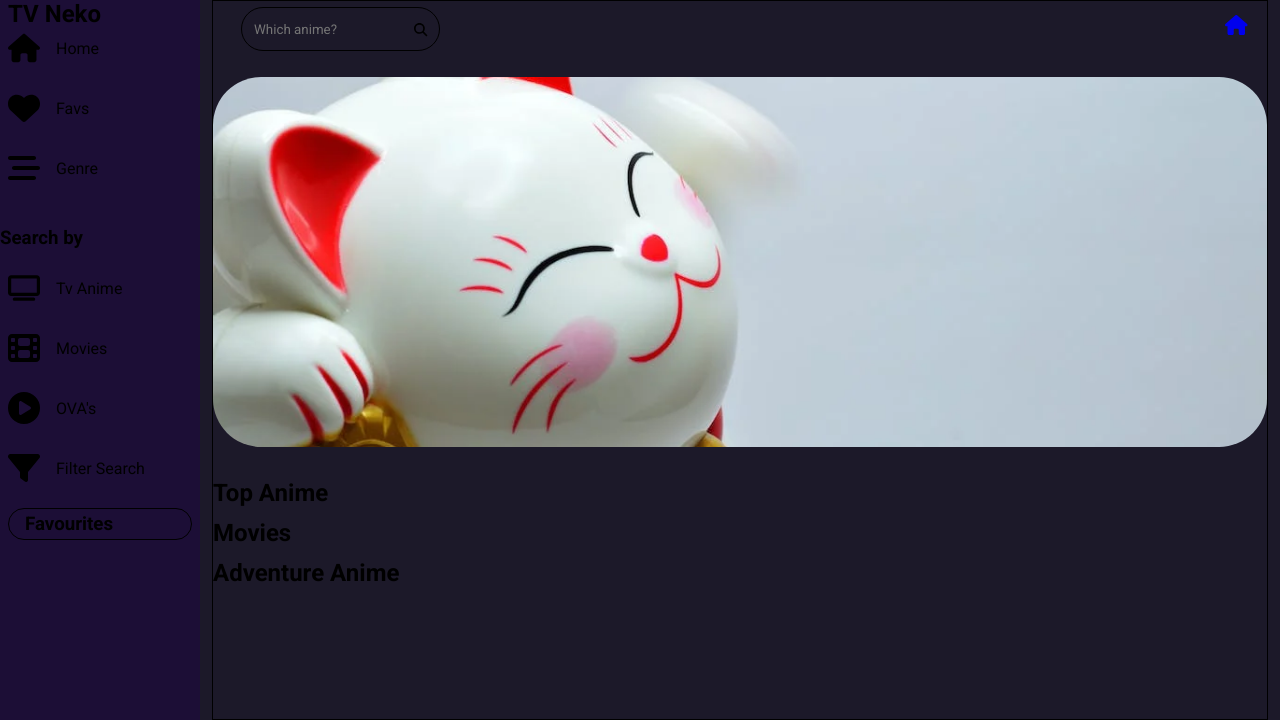
Repository: OwenMargiela/AnimeDatabse
Page: /
The author's editor kept a copy of each file at every save. The page is drawn from the files as they stood at one save, then again after a run of saves.
The browser window is 1280 px wide. The pictures show the whole page.
The page's requests for data from a server got no answer. The project was rebuilt for these pictures with package versions that can differ from the ones it lists, and the page was loaded fresh each time. No one was signed in, and anything a server would have sent is missing. Also part of the build but not shown: src/Components/AnimeContainer.jsx, src/Pages/AnimePage/AnimePage.jsx, src/Components/Score.css, src/Components/Score.jsx, src/Components/AnimeDescription.jsx, src/Pages/AnimePage/AnimeInfo.jsx, src/Pages/AnimePage/AnimeGenre.jsx, src/Pages/FavouritesPage/Favourites.css and 7 more.

Above is the page before, as saved 2023-01-26 16:00:16.

### public/index.html
<!DOCTYPE html>
<html lang="en">
  <head>
    <meta charset="utf-8" />
    <link rel="icon" href="%PUBLIC_URL%/favicon.ico" />
    <meta name="viewport" content="width=device-width, initial-scale=1" />
    <meta name="theme-color" content="#000000" />
    <meta
      name="description"
      content="Web site created using create-react-app"
    />
    <link rel="apple-touch-icon" href="%PUBLIC_URL%/logo192.png" />
    <!--
      manifest.json provides metadata used when your web app is installed on a
      user's mobile device or desktop. See https://developers.google.com/web/fundamentals/web-app-manifest/
    -->
    <link rel="manifest" href="%PUBLIC_URL%/manifest.json" />
    <!--
      Notice the use of %PUBLIC_URL% in the tags above.
      It will be replaced with the URL of the `public` folder during the build.
      Only files inside the `public` folder can be referenced from the HTML.

      Unlike "/favicon.ico" or "favicon.ico", "%PUBLIC_URL%/favicon.ico" will
      work correctly both with client-side routing and a non-root public URL.
      Learn how to configure a non-root public URL by running `npm run build`.
    -->
    <title>TV Neko</title>
  </head>
  <body>
    <noscript>You need to enable JavaScript to run this app.</noscript>
    <div id="root"></div>
    <!--
      This HTML file is a template.
      If you open it directly in the browser, you will see an empty page.

      You can add webfonts, meta tags, or analytics to this file.
      The build step will place the bundled scripts into the <body> tag.

      To begin the development, run `npm start` or `yarn start`.
      To create a production bundle, use `npm run build` or `yarn build`.
    -->
  </body>
</html>

### src/index.js
import React from 'react';
import ReactDOM from 'react-dom/client';
import './index.css';
import App from './App';
import reportWebVitals from './reportWebVitals';
import { library } from '@fortawesome/fontawesome-svg-core';
import { faSearch,faStarHalfAlt,faStar,faHouse,faTv,faFilm,faBarsStaggered, faCirclePlay,faHeart,faCalendarDays,faX,faFilter,faArrowRight,faBars} from '@fortawesome/free-solid-svg-icons';

library.add(faSearch,faStarHalfAlt,faStar,faHouse,faTv,faFilm,faBarsStaggered, faCirclePlay,faHeart,faCalendarDays,faX,faFilter,faArrowRight,faBars)
const root = ReactDOM.createRoot(document.getElementById('root'));
root.render(
    <App />
);

// If you want to start measuring performance in your app, pass a function
// to log results (for example: reportWebVitals(console.log))
// or send to an analytics endpoint. Learn more: https://bit.ly/CRA-vitals
reportWebVitals();

### src/index.css
@import url('https://fonts.googleapis.com/css2?family=Roboto:ital,wght@0,100;0,400;0,500;0,700;0,900;1,100;1,700&display=swap');
*{
  margin: 0;
  padding: 0;
  box-sizing: border-box;
  font-family: 'Roboto',sans-serif;
}

### src/App.js
import { BrowserRouter as Router, Routes, Route, Link } from "react-router-dom";
import "./App.css";

import Home from "./Pages/HomePage/Home";
import AnimePage from "./Pages/AnimePage/AnimePage.jsx";
import AnimeInfo from "./Pages/AnimePage/AnimeInfo";
import { useEffect, useState } from "react";
import axios from "axios";
import { FontAwesomeIcon } from "@fortawesome/react-fontawesome";
import AnimeGenre from "./Pages/AnimePage/AnimeGenre";
import Favourites from "./Pages/FavouritesPage/Favourites";
import Sidebar from "./Components/Sidebar";
import Movies from "./Pages/AnimePage/Movies";

import OVA from "./Pages/AnimePage/OVA";
import TvAnime from "./Pages/AnimePage/TvAnime";
import FilterSearch from "./Pages/AnimePage/FilterSearch";

function App() {
  const [animes, setAnimes] = useState();
  const [valueSearch, setValueSearch] = useState();
  const [favourites, setFavourites] = useState([]);
  const [genres, setGenre] = useState([]);

  function sendToFavourites(info) {
    setFavourites([...favourites, info]);
  }

  function removeFromFavourites(anime) {
    setFavourites(
      favourites.filter((favourite) => favourite.mal_id !== anime.mal_id)
    );
    console.log(favourites);
  }

  async function fetchAnime(valueSearch) {
    if (valueSearch) {
      const { data } = await axios.get(
        `https://api.jikan.moe/v4/anime?q=${valueSearch}&sfw`
      );
      setAnimes(data.data);
    }
  }

  useEffect(()=>{
    async function getGenre(){
      const {data} = await axios.get(`https://api.jikan.moe/v4/genres/anime`)
      setGenre(data.data)
    }
    getGenre()
    setTimeout(()=>{
      console.log(genres)
    },300)
  },[])

  console.log(animes)

  function fetchBySearch() {
    fetchAnime(valueSearch);
  }
  return (
    <Router>
      <div className="App">
        <div className="sidebar">
          <Sidebar genres={genres} favourites={favourites}></Sidebar>
        </div>
        <div className="main">
          <nav className="nav">
            <div className="bars__icon" >
          <FontAwesomeIcon icon="fa-solid fa-bars" />

            </div>
            <form>
              <div className="search__container">
                <input
                  placeholder="Which anime?"
                  onKey
                  type="text"
                  value={valueSearch}
                  onChange={(event) => setValueSearch(event.target.value)}
                />
                <Link to="/anime">
                  <button type="submit" onClick={() => fetchBySearch()}>
                    <FontAwesomeIcon icon="fa-search"></FontAwesomeIcon>
                  </button>
                </Link>
              </div>
            </form>
            <div className="home__icon">
              <Link to="/">
                <FontAwesomeIcon icon="fa-house"></FontAwesomeIcon>
              </Link>
            </div>
          </nav>

          <Routes>
            <Route path="/" element={<Home></Home>}></Route>
            <Route
              path="/favourites"
              element={
                <Favourites
                  removeFromFavourites={removeFromFavourites}
                  favourites={favourites}
                ></Favourites>
              }
            ></Route>
            <Route
              path="/anime"
              element={<AnimePage animes={animes}></AnimePage>}
            ></Route>
            <Route
              path=":id/:id"
              element={
                <AnimeInfo
                  favourites={favourites}
                  sendToFavourites={sendToFavourites}
                  animes={animes}
                ></AnimeInfo>
              }
            ></Route>
            <Route path="/:id" element={<AnimeGenre></AnimeGenre>}></Route>
            <Route path="/TV" element={<TvAnime></TvAnime>}></Route>
            <Route path="/Movies" element={<Movies></Movies>}></Route>
            <Route path="/Ova's" element={<OVA></OVA>}></Route>
            <Route path="/filter" element={<FilterSearch genres={genres} ></FilterSearch>}></Route>
          </Routes>
        </div>
      </div>
    </Router>
  );
}

export default App;

### src/App.css
::-webkit-scrollbar {
  display: none;
}

.App {
  display: flex;
  justify-content: space-between;
  height: 100vh;
  min-height: 500px;
  width: 100%;
  background-color: rgb(28, 25, 41);
  /* overflow-y: hidden; */
}
a{
  text-decoration: none;
}

li{
  list-style-type: none;
  color: rgb(0, 0, 0);
}

nav {
  position: sticky;
  top: 0;
  display: flex;
  align-items: center;
  justify-content: space-between;
  margin-bottom: 1.75rem;
  padding: 0.75em 1.25em;
  width: 100%;
  height: 3em;
}


.main {
  margin: 0 0.75em ;
  border: 1px solid black;
  overflow-y: scroll;
  width: 100%;
}


.sidebar {
  max-width: 250px;
  min-width: 200px;
  border: 1px solid black;
  background-color: rgb(28, 14, 54);
}

.landinImageContainer {
  width: 100%;
  height: 370px;
  margin: 0 auto;
}

.landinImageContainer img {
  height: 100%;
  border-radius: 3rem;
  width: 100%;
  object-fit: cover;
}

.home__icon,
.bars__icon {
  font-size: 1.25rem;
}

.bars__icon {
  display: none;
}

.home__icon {
  margin-left: 0.8rem;
}

.search__container {
  display: flex;
  align-items: center;
  justify-content: center;
  width: 100%;
  margin-top: 0.5em;
  margin-left: 0.5em;
  height: 2.75em;
  padding: 0 0.75em;
  border-radius: 2rem;
  border: 1px solid black;
}

.search__container input {
  width: 100%;
  border: none;
  outline: none;
  background: none;
}

.search__container button {
  background-color: transparent;
  border: none;
  color: none;
  cursor: pointer;
}

.anime__wrapper--container{
  display: flex;
  flex-direction: column;
  margin-bottom: -100px;
  justify-content: space-between;
}
.anime__wrapper--container--genre{
  display: flex;
  flex-wrap: wrap;
  margin-bottom: -100px;
  justify-content: space-evenly;
}


.anime__container{
  display: flex;
  flex-direction: column;
  align-items: center;
  flex-grow: 1;
  justify-content: space-between;
  margin-right: 0.5em;

}

.anime__image{
  border: 1px solid black;
  border-radius: 1em;
  min-width: 14rem;
  margin-bottom: 1rem;

}

.pagination{
  margin-top: 6rem;
  margin-bottom: 6rem;
}


/* .anime__image{
  border: 1px solid black;
  height: 100%;
  width: 100%;
  object-fit: cover;
  flex-grow: 1;
  margin-right: 1.25em;
  margin-bottom: 1.25em;
} */
.mainBody{
  margin: 2em 0;
  /* border: 1px solid black; */
}

@media screen and (max-width: 700px) {
  .sidebar {
    display: none;
  }
  .bars__icon {
    display: block;
  }
}
@media screen and (min-width: 480px) {
  .anime__wrapper{
    display: flex;
    flex-wrap: wrap;
    justify-content: space-between;
    margin-bottom: 7rem;

  }
  .anime__image{
    max-height: 300px;
  }
}
@media screen and (max-width: 480px) {
  .anime__wrapper{
    display: flex;
    flex-direction: column;
    align-items: center;

  }
  .anime__image{
    height: 400px;
  }
  nav{
    justify-content: center;
  }
}

### src/Pages/HomePage/Home.jsx
import React, { useEffect, useState } from "react";
import neko from "./assets/neko.webp";
import axios from "axios";
import AnimeContainer from "../../Components/AnimeContainer";
import { Link } from "react-router-dom";
function Home() {
  const [top, setTop] = useState();
  const [movies, setMovies] = useState();
  const [adventure, setAdventure] = useState();

  useEffect(() => {
    async function getFrontPage() {
      const { data: top } = await axios.get(
        "https://api.jikan.moe/v4/top/anime"
      );
      setTop(top.data.slice(0, 12));

      const { data: movie } = await axios.get(
        "https://api.jikan.moe/v4/anime?type=movie"
      );
      setMovies(movie.data.slice(0, 6));

      const { data: adventure } = await axios.get(
        "https://api.jikan.moe/v4/anime?genres=2&order_by=score&sort=desc"
      );
      setAdventure(adventure.data.slice(0, 6));
    }
    getFrontPage();
  }, []);

  return (
    <div className="Home">
      <div className="landinImageContainer">
        <img src={neko} alt="" />
      </div>
      <div className="mainBody">
        <div className="anime__wrapper--container">
          <h2>Top Anime</h2>
          <div className="anime__wrapper">
            {top?.slice(0, 6).map((anime) => (
              <Link to={`anime/${anime.mal_id}`}>
                <AnimeContainer anime={anime}></AnimeContainer>
              </Link>
            ))}
          </div>
        </div>

        <div className="anime__wrapper--container">
          <h2>Movies</h2>
          <div className="anime__wrapper">
            {movies?.map((anime) => (
              <Link to={`anime/${anime.mal_id}`}>
                <AnimeContainer anime={anime}></AnimeContainer>
              </Link>
            ))}
          </div>
        </div>

        <div className="anime__wrapper--container">
          <h2>Adventure Anime</h2>
          <div className="anime__wrapper">
            {adventure?.map((anime) => (
              <Link to={`anime/${anime.mal_id}`}>
                <AnimeContainer anime={anime}></AnimeContainer>
              </Link>
            ))}
          </div>
        </div>
      </div>
    </div>
  );
}

export default Home;

### src/Components/Sidebar.jsx
import { FontAwesomeIcon } from "@fortawesome/react-fontawesome";
import React from "react";
import "./Sidebar.css";
import { Link } from "react-router-dom";
import { useState } from "react";

function Sidebar({ favourites, genres }) {
  const [genreToggle, setGenreToggle] = useState(false);
  function toggleGenre() {
    genreToggle === false ? setGenreToggle(true) : setGenreToggle(false);
  }

  return (
    <>
      <div className="sidebar">
        <div className="sidebar__head">
          <h2>TV Neko</h2>
        </div>
        <ul className="sidebar__list">
          <Link to="/">
            <li className="sidebar__list--item">
              <FontAwesomeIcon
                className="sidebar__list--item-icon"
                icon="fa-solid fa-house"
              ></FontAwesomeIcon>
              <p>Home</p>
            </li>
          </Link>

          <Link to="/favourites">
            <li className="sidebar__list--item">
              <FontAwesomeIcon
                className="sidebar__list--item-icon"
                icon="fa-solid fa-heart"
              ></FontAwesomeIcon>
              {favourites.length > 0 && <span>{favourites.length}</span>}
              <p>Favs</p>
            </li>
          </Link>
          <li
            onClick={() => toggleGenre()}
            className="sidebar__list--item sidebar__list--item-genre"
          >
            <div className="icon__para">
              <FontAwesomeIcon
                className="sidebar__list--item-icon"
                icon="fa-solid fa-bars-staggered"
              />
              <p>Genre</p>
            </div>
            <li className="genres">
              <div className={`${genreToggle} || Sidebar__genres`}>
                {genres
                  ?.filter(
                    (genres) =>
                      genres.mal_id !== 28 &&
                      genres.mal_id !== 26 &&
                      genres.mal_id !== 9
                  )
                  .slice(0, 8)
                  .map((genre) => (
                    <Link to={`/${genre.mal_id}`}>
                      <div className="sidebar__genre">
                        <p>{genre.name}</p>
                      </div>
                    </Link>
                  ))}
                  <Link to="/filter" >
                <p className="view__all-btn">
                  view all{" "}
                  <FontAwesomeIcon icon="fa-solid fa-arrow-right"></FontAwesomeIcon>
                </p>
                  </Link>
              </div>
            </li>
          </li>

          <br />
          <h3>
            Search by
          </h3>
          <br />
          <Link to="/TV">
            <li className="sidebar__list--item">
              <FontAwesomeIcon
                className="sidebar__list--item-icon"
                icon="fa-solid fa-tv"
              />
              <p>Tv Anime</p>
            </li>
          </Link>
          <Link to="/Movies">
            <li className="sidebar__list--item">
              <FontAwesomeIcon
                className="sidebar__list--item-icon"
                icon="fa-solid fa-film"
              />
              <p>Movies</p>
            </li>
          </Link>
          <Link to="/Ova's">
            <li className="sidebar__list--item">
              <FontAwesomeIcon
                className="sidebar__list--item-icon"
                icon="fa-solid fa-circle-play"
              />
              <p>OVA's</p>
            </li>
          </Link>
          <Link to="/filter">
            <li className="sidebar__list--item">
              <FontAwesomeIcon
                className="sidebar__list--item-icon"
                icon="fa-solid fa-filter"
              />
              <p>Filter Search</p>
            </li>
          </Link>
        </ul>

        <div className="Favourite">
          <h3>Favourites</h3>
          <ul className="favourites__list">
            {favourites?.slice(0, 5).map((anime) => (
              <Link to={`/favourites`}>
                <li className="favourites__list--item" key={anime.mal_id}>
                  {anime.title}
                </li>
              </Link>
            ))}
          </ul>
        </div>
      </div>
    </>
  );
}

export default Sidebar;

### src/Components/Sidebar.css
li{
    list-style-type: none;
}

.sidebar{
    border: none;
    background-color: rgb(28, 14, 54);
    padding-bottom: 200px;
    overflow-y: hidden;
}
.sidebar__head{
    display: flex;
    flex-direction: column;
    margin-left: 8px;
}

.sidebar__head--img{
    width: 50%;
    object-fit: cover;
    border-radius: 50%;
}



.sidebar__list--item,
.favourites__list--item{
    display: flex;
    align-items: center;
    margin-bottom: 20px;
    width: 90%;
    padding: 4px 8px;
    border-radius: 1rem;
    transition: all 300ms ease;
    cursor: pointer;

}
.sidebar__list--item-icon{
    height: 32px;
    width: 32px;
}

.sidebar__list--item p{
    margin-left: 16px;

}
.sidebar__list--item span{
    display: flex;
    justify-content: center;
    align-items: center;
    width: 16px;
    height: 16px;
    transform: translate(-10px,10px);
    background-color: rgb(231, 231, 231);
    color: rgb(71, 71, 71) ;
    box-shadow: 0px 0px 15px 1px rgba(235, 235, 235, 0.45);
    border-radius: 50%;

}


.sidebar__list--item:hover,
.favourites__list--item:hover{
    transform: translateX(5px);
    background-color: rgb(231, 231, 231);
    color: rgb(71, 71, 71) ;
    box-shadow: 0px 0px 15px 1px rgba(235, 235, 235, 0.45);
}
.Sidebar__genres{
    display: flex;
    flex-direction: column;
    flex-wrap: wrap;
    /* visibility: hidden; */
    height: 4px;
    transition: all 200ms ease;

}
.true{
    visibility: visible;
    height: 250px;
}
.true .sidebar__genre{
    display: flex;
    align-items: center;
    padding: 2px 6px;
    border: 1px solid black;
    border-radius: 20px;
    transition: all 300ms;

}
.true .sidebar__genre:hover{
    transform: translateX(15px);
}
.true .view__all-btn {
    display: block;
}
.view__all-btn{
    display: none;
    transform: translate(-16px,10px)
}
.sidebar__genre{
    display: none;
    width: 150px;
    font-size: 12px;
    margin-top: 4px;
}
.sidebar__list--item-genre{
    display: flex;
    flex-direction: column;
    align-items: flex-start;
    padding-bottom: 0px;
}
.icon__para{
    display: flex;
    align-items: center;
}

.Favourite{
    margin-left: 8px;
    margin-right: 8px;
    padding: 4px 16px;
    border: 1px solid black;
    border-radius: 16px;
    /* min-height: 250px;
    height: 250px; */
}
.favourites__list--item{
    margin-bottom: 8px;
    padding: 3px 12px;
}

Loaded but not shown: src/reportWebVitals.js (common file)

After the next 5 saves:
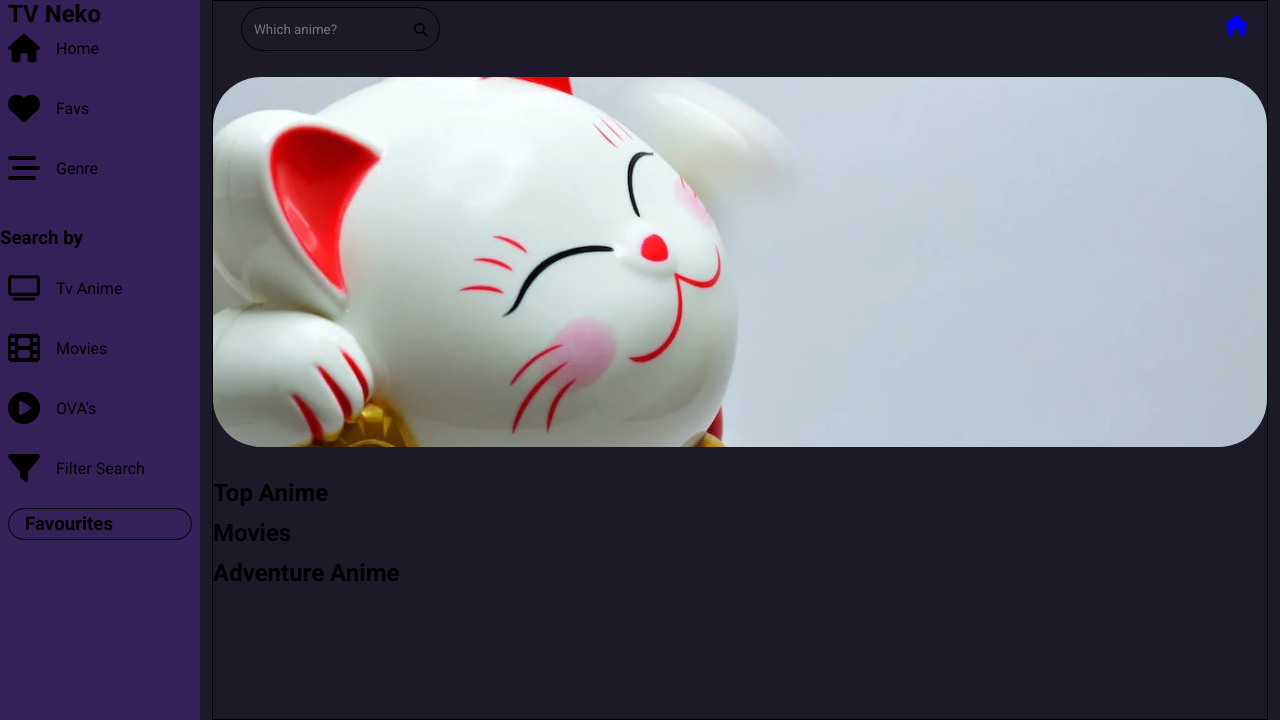
The 5 saves are shown as one change because they came seconds apart.
The last was saved 20 s later.
--- a/src/Components/Sidebar.css
+++ b/src/Components/Sidebar.css
@@ -4,7 +4,7 @@ li{
 
 .sidebar{
     border: none;
-    background-color: rgb(28, 14, 54);
+    background-color: rgb(53, 33, 90);
     padding-bottom: 200px;
     overflow-y: hidden;
 }
